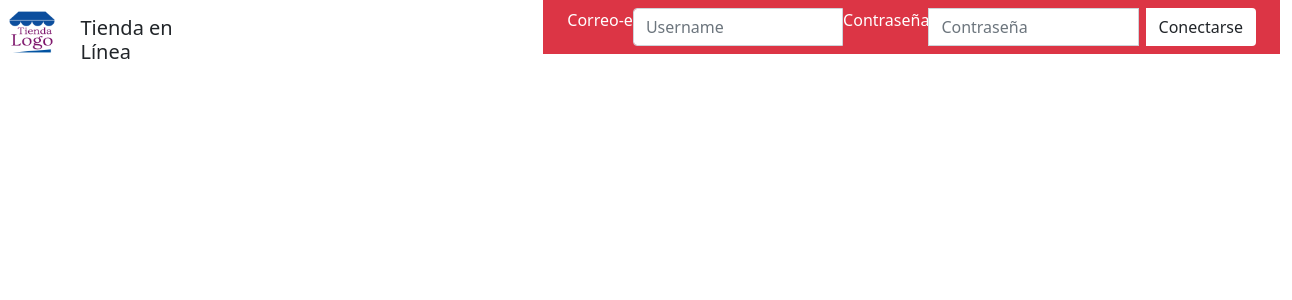
Repository: nicorp00/bootstrapSass
Page: Main/index.html
The author's editor kept a copy of each file at every save. The page is drawn from the files as they stood at one save, then again after a run of saves.
The browser window is 1280 px wide. The page is 1292 px wide, so the pictures cover 1292 px, including what lies to the right of the window. The pictures show the whole page.
The style sheet was rebuilt from its Sass, Less or Tailwind sources for each picture, by a compiler version that may differ from the author's.

Above is the page before, as saved 2022-03-25 11:09:43.

### Main/index.html
<!DOCTYPE html>
<html lang="en">
<head>
    <meta charset="UTF-8">
    <meta http-equiv="X-UA-Compatible" content="IE=edge">
    <meta name="viewport" content="width=device-width, initial-scale=1.0">
    <title>Document</title>
    <link rel="stylesheet" href="css/style.css">
    <link rel="stylesheet" href="css/bootstrap.min.css">
</head>
<body>
    <section class="section__top row">
        <div class="col-2">
            <div class="card mb-3 border-0" style="max-width: 540px;">
                <div class="row g-0">
                  <div class="col-md-4">
                    <img src="img/logo.png" class="img-fluid rounded-start" alt="...">
                  </div>
                  <div class="col-md-8">
                    <div class="card-body">
                      <h5 class="card-title">Tienda en Línea</h5>
                    </div>
                  </div>
                </div>
              </div>
        </div>
        <div class="col-3"></div>
        <div class="top-nav col-7">
            <nav class="navbar navbar-danger bg-danger">
                <form class="container-fluid">
                  <div class="input-group">
                    <!--<span class="input-group-text" id="basic-addon1">@</span>-->
                    Correo-e<input type="text" class="form-control" placeholder="Username" aria-label="Correo@" aria-describedby="basic-addon1">
                    Contraseña<input class="form-control me-2" type="search" placeholder="Contraseña" aria-label="Search">
                    <button class="btn btn-outline" type="submit">Conectarse</button>
                  </div>
                </form>
              </nav>
        </div>
    </section>
    <script src="js/bootstrap.min.js"></script>
</body>
</html>

### Main/scss/style.scss
@use 'section__top';

### Main/scss/_section__top.scss
.section__top{
    span{
        margin-left: 20%;
    }
    form{
        color: white;
    }
    button{
        background-color: white;
    }
}

Loaded but not shown: Main/css/bootstrap.min.css (library); Main/js/bootstrap.min.js (library)

After the next 2 saves:
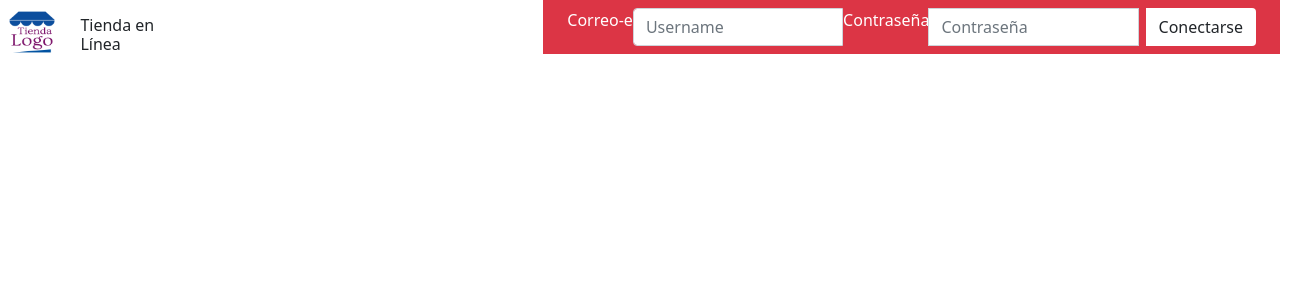
The 2 saves are shown as one change because they came seconds apart.
The last was saved 10 s later.
--- a/Main/index.html
+++ b/Main/index.html
@@ -18,7 +18,7 @@
                   </div>
                   <div class="col-md-8">
                     <div class="card-body">
-                      <h5 class="card-title">Tienda en Línea</h5>
+                      <h6 class="card-title">Tienda en Línea</h6>
                     </div>
                   </div>
                 </div>
